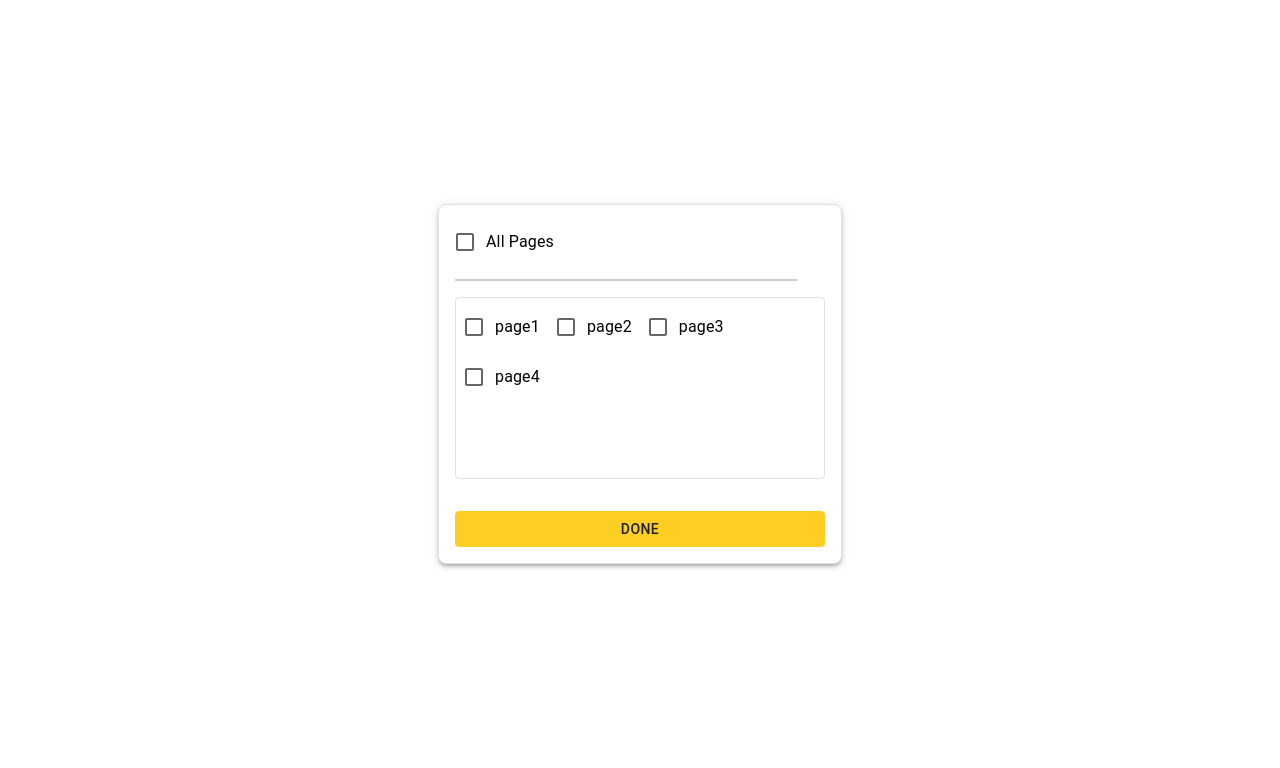
Repository: Tabishhaider72/Ellty-Test
Page: /
An editor plug-in stored every save of this project. The page is shown before and after the next save, followed by the edit.
The browser window is 1280 px wide. The pictures show the whole page.
The project was rebuilt for these pictures with package versions that can differ from the ones it lists, and the page was loaded fresh each time. Also part of the build but not shown: vite.config.js, src/index.css.

Above is the page before, as saved 2024-08-28 14:57:36.

After the next save:
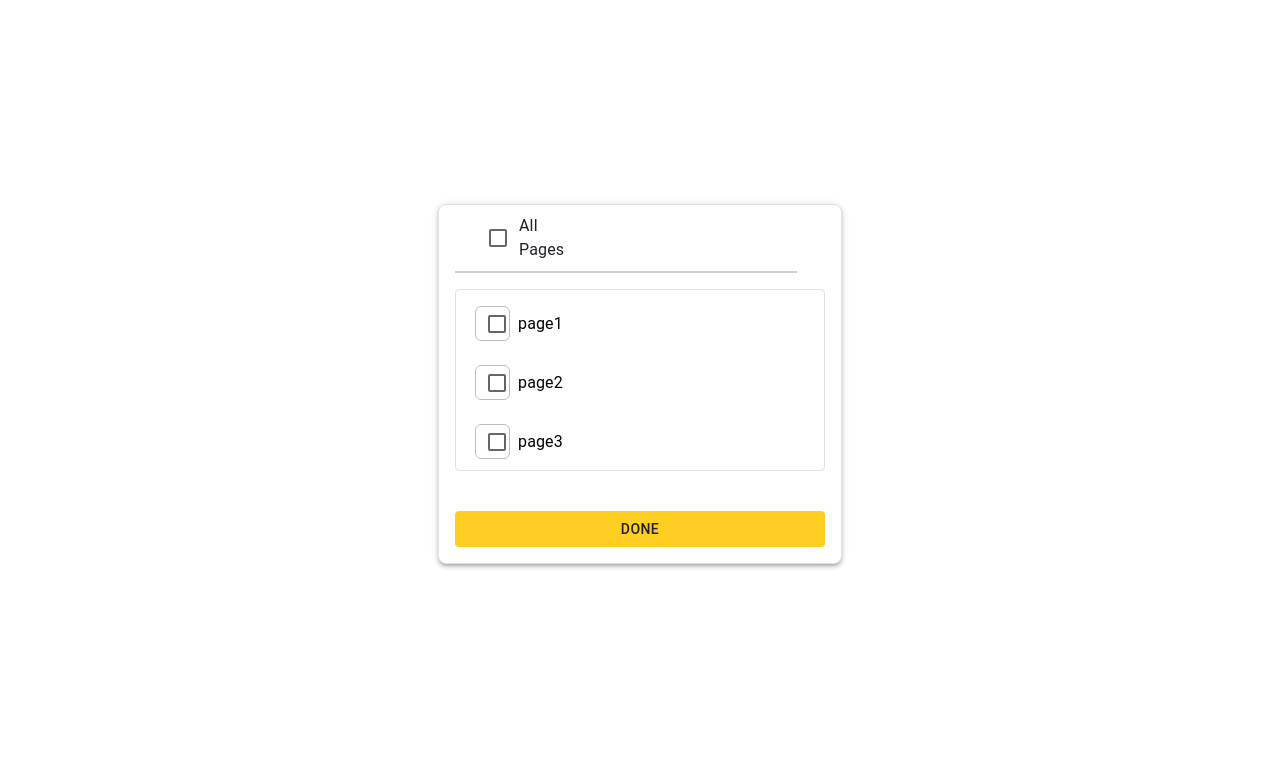
Saved 3 min 12 s later.
--- a/src/App.jsx
+++ b/src/App.jsx
@@ -54,7 +54,17 @@ function PageSelector() {
           flexDirection: 'column',
         }}
       >
-        <Box sx={{ mb: 2 }}>
+        <Box
+          sx={{
+            display: 'flex',
+            flexDirection: 'row',
+            justifyContent: 'space-between',
+            alignItems: 'center',
+            p: '8px 15px 8px 22px',
+            gap: 5,
+            mb: 2,
+          }}
+        >
           <FormControlLabel
             control={
               <Checkbox
@@ -64,6 +74,17 @@ function PageSelector() {
               />
             }
             label="All Pages"
+            sx={{
+              width: 64,
+              height: 18,
+              fontFamily: 'Montserrat',
+              fontStyle: 'normal',
+              fontWeight: 400,
+              fontSize: '14px',
+              lineHeight: '18px',
+              color: '#1F2128',
+              margin: 0,
+            }}
           />
         </Box>
         <Box
@@ -86,18 +107,37 @@ function PageSelector() {
           }}
         >
           {Object.keys(pages).map((page) => (
-            <FormControlLabel
+            <Box
               key={page}
-              control={
-                <Checkbox
-                  checked={pages[page]}
-                  onChange={() => handlePageCheck(page)}
-                  color="primary"
-                />
-              }
-              label={page}
-              sx={{ mb: 1 }}
-            />
+              sx={{
+                display: 'flex',
+                flexDirection: 'row',
+                justifyContent: 'space-between',
+                alignItems: 'center',
+                p: '8px 15px 8px 22px',
+                gap: 5,
+                mb: 1,
+                backgroundColor: 'white',
+              }}
+            >
+              <FormControlLabel
+                control={
+                  <Checkbox
+                    checked={pages[page]}
+                    onChange={() => handlePageCheck(page)}
+                    color="primary"
+                  />
+                }
+                label={page}
+                sx={{
+                  width: 35,
+                  height: 35,
+                  border: '1px solid #BDBDBD',
+                  borderRadius: '6px',
+                  boxSizing: 'border-box',
+                }}
+              />
+            </Box>
           ))}
         </Box>
         <Box sx={{ mt: 'auto' }}>
